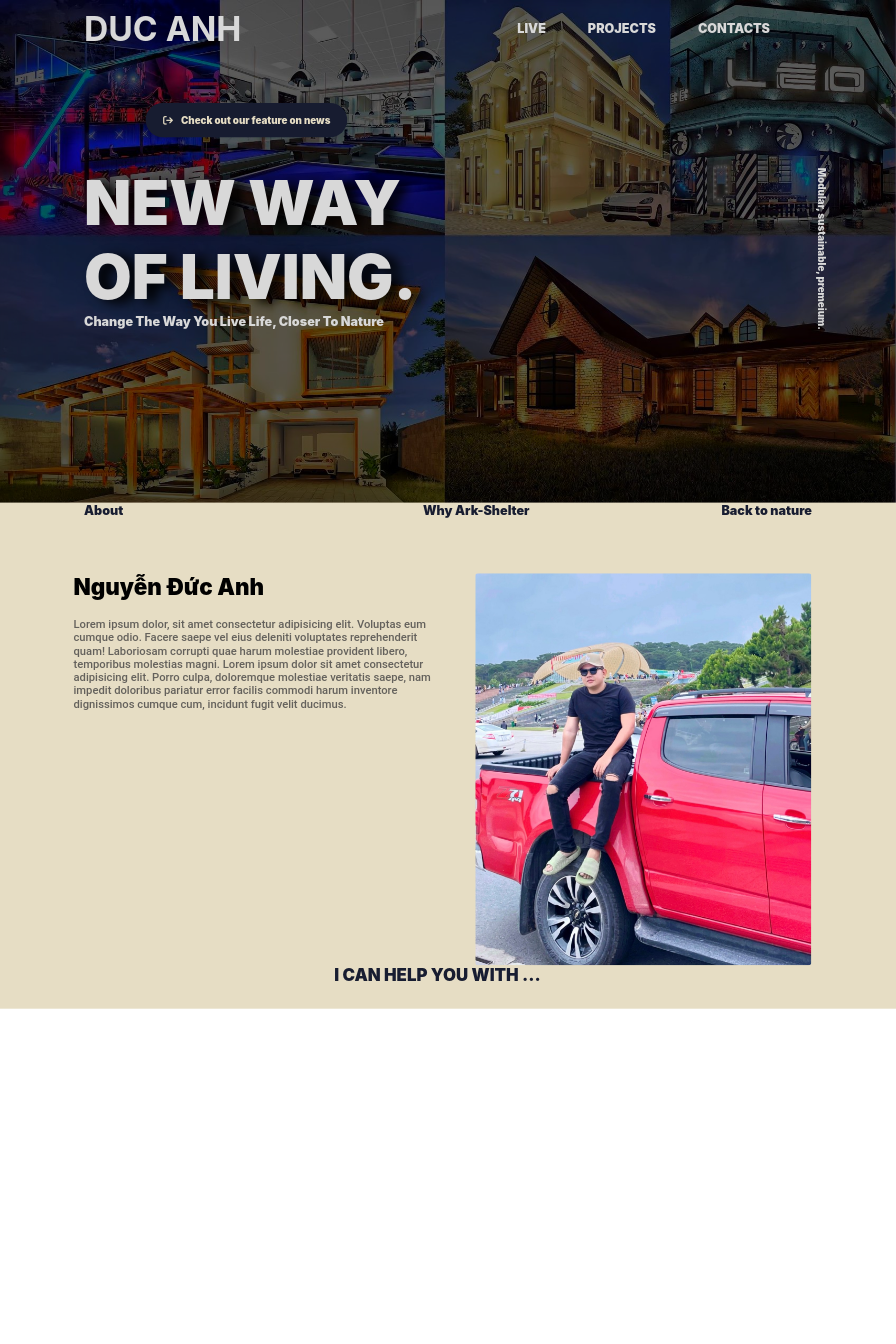
Repository: Ethanxcode/DucAnhNguyen
Page: index.html
An editor plug-in stored every save of this project. The page is shown before and after the next save, followed by the edit.
The browser window is 1280 px wide. The pictures show the part of the page from y = 0 to 1920 px (the page is 10000 px tall), at 70% of full size.

Above is the page before, as saved 2023-01-14 02:04:04.

After the next save:
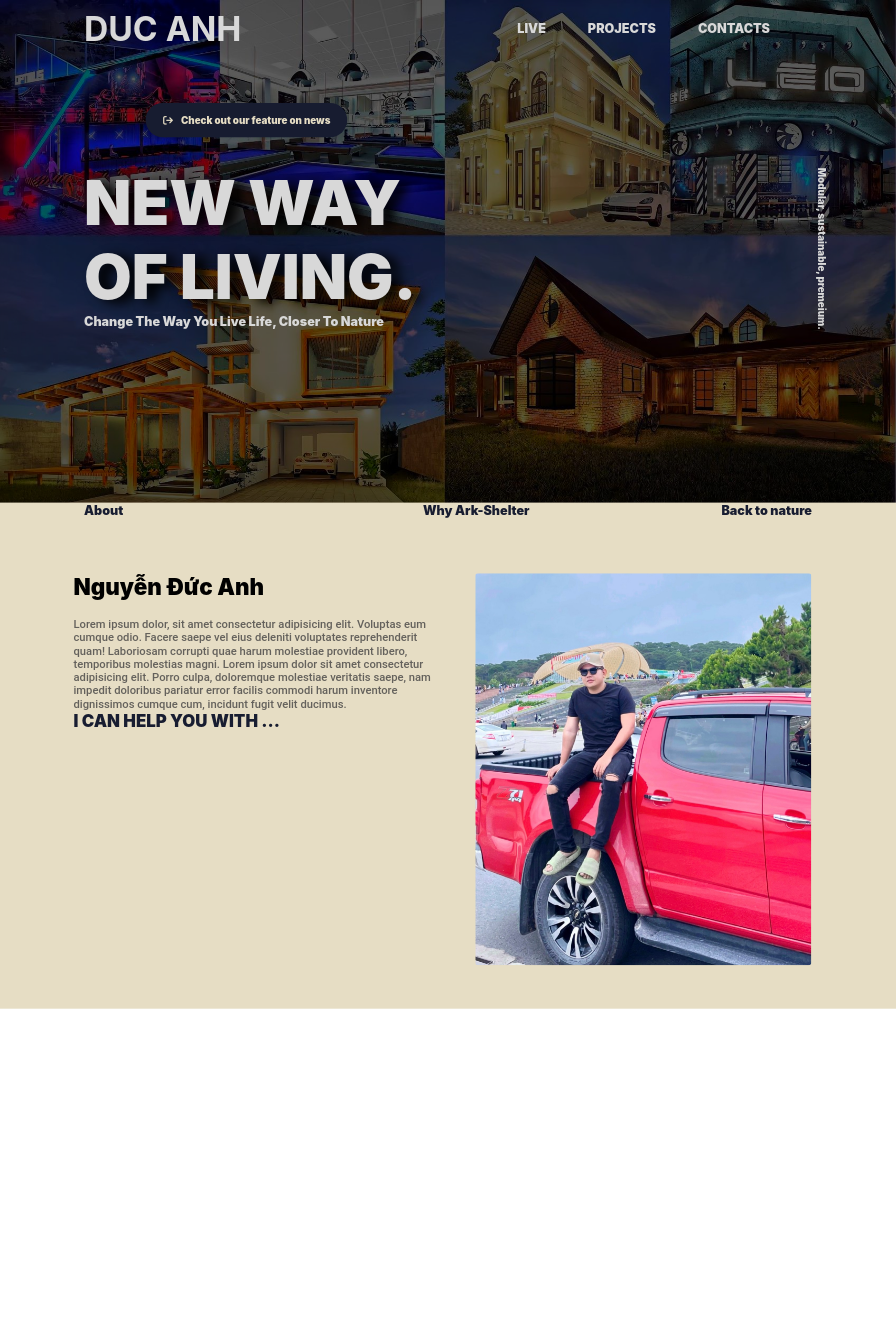
Saved 25 s later.
--- a/index.html
+++ b/index.html
@@ -86,6 +86,7 @@
 							facilis commodi harum inventore dignissimos cumque cum, incidunt
 							fugit velit ducimus.
 						</p>
+						<p class="inter-black-eerie-black-24px">I CAN HELP YOU WITH ...</p>
 					</div>
 					<div class="col-half">
 						<img
@@ -101,9 +102,7 @@
 							"
 						/>
 					</div>
-					<div class="subAboutContent">
-						<p class="inter-black-eerie-black-24px">I CAN HELP YOU WITH ...</p>
-					</div>
+					<div class="subAboutContent"></div>
 				</div>
 			</section>
 		</div>
